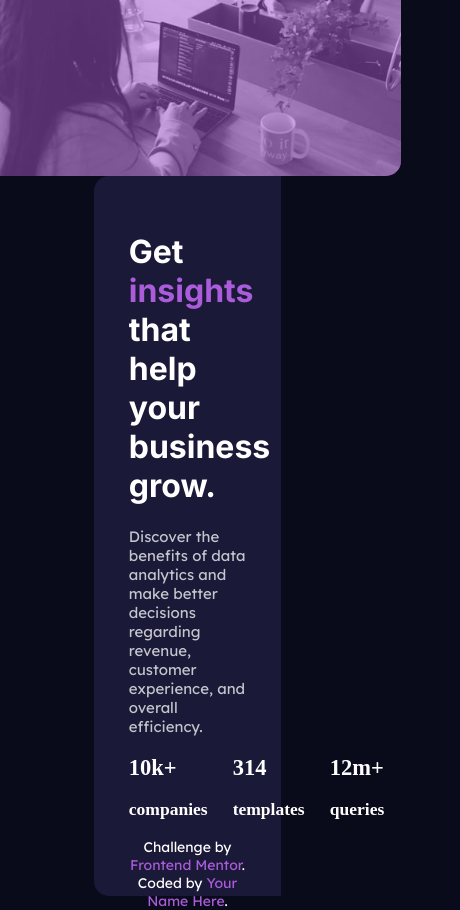
Repository: wasanmsn/Card_Challange
Page: index.html
The author's editor kept a copy of each file at every save. The page is drawn from the files as they stood at one save, then again after the next save.
The browser window is 375 px wide. The page is 401 px wide, then 460 px, then 401 px, so the pictures cover 460 px, including what lies to the right of the window. The pictures show the whole page.

Above is the page before, as saved 2021-07-21 17:14:04.

After the next save:
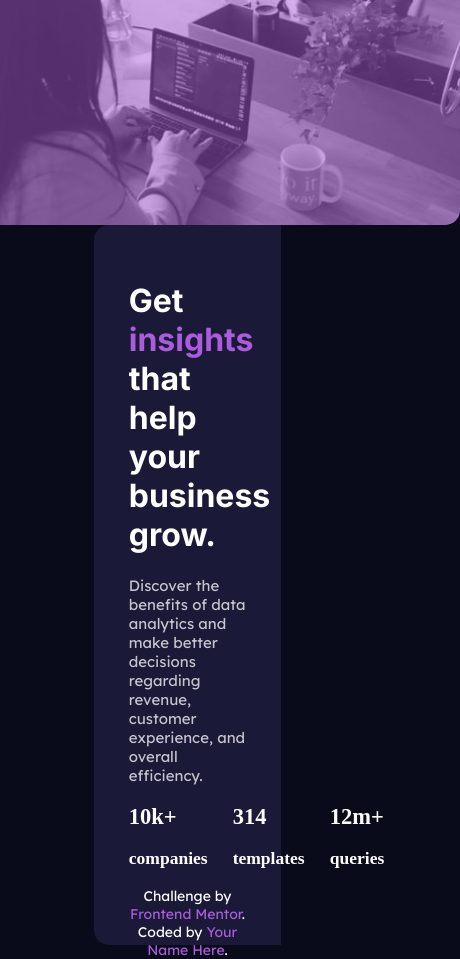
Saved 21 s later.
--- a/stylesheet.css
+++ b/stylesheet.css
@@ -127,7 +127,7 @@
         /* Firefox, other Gecko */
         box-sizing: border-box;
         /* Opera/IE 8+ */
-        height: 22rem;
+        height: 100%;
         border-radius: 0 15px 15px 0;
         background-color: hsl(277, 64%, 61%);
     }

After the 2 saves that followed:
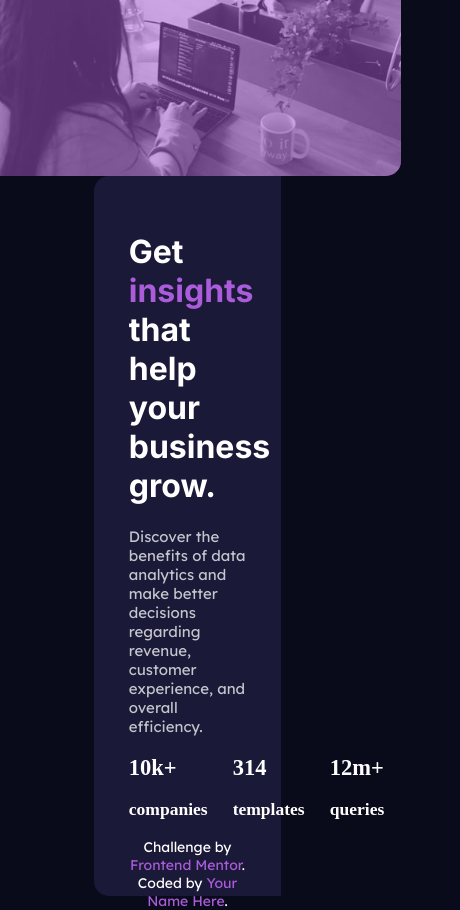
The 2 saves are shown as one change because they came seconds apart.
The last was saved 13 s later.
--- a/stylesheet.css
+++ b/stylesheet.css
@@ -127,7 +127,7 @@
         /* Firefox, other Gecko */
         box-sizing: border-box;
         /* Opera/IE 8+ */
-        height: 100%;
+
         border-radius: 0 15px 15px 0;
         background-color: hsl(277, 64%, 61%);
     }
